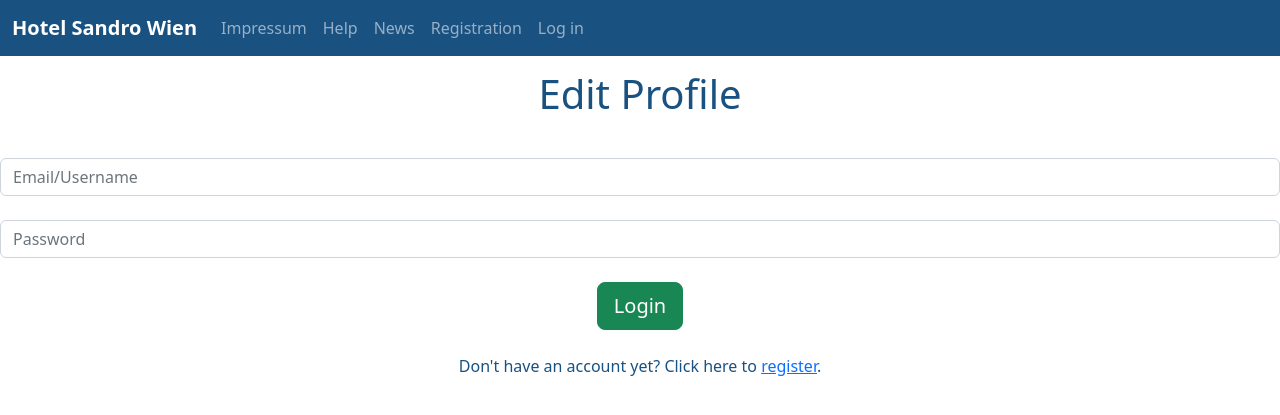
Repository: TIS0N/Hotel_Sandro
Page: http://localhost/inc/editProfile.inc.php
These files come from the project's save history. The page is drawn as it stood at one moment and after the next save; the edit follows.
The browser window is 1280 px wide. The pictures show the whole page.
The page is run by PHP 8.4 with error messages shown; the project is at /var/www/html/.

Above is the page before, as saved 2023-01-15 22:08:02.

After the next save:
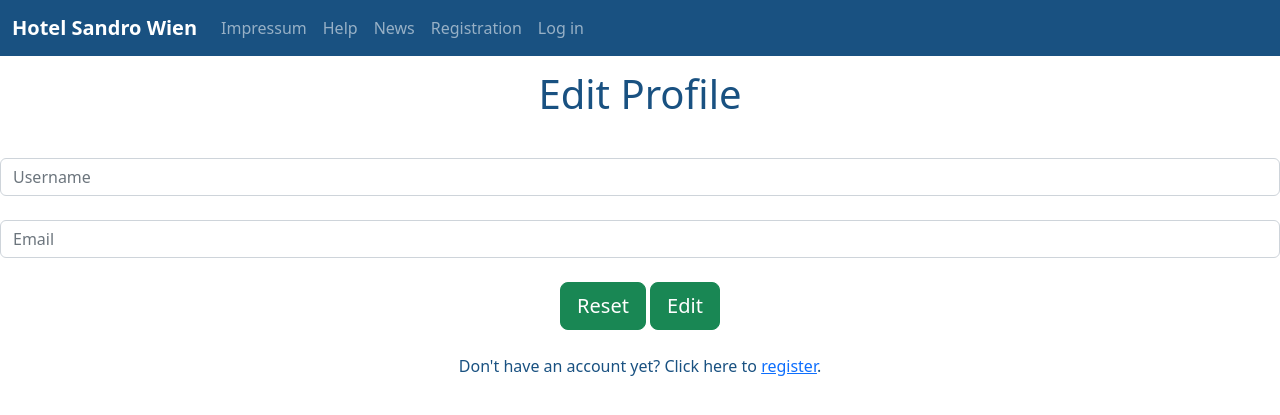
Saved 100 s later.
--- a/inc/editProfile.inc.php
+++ b/inc/editProfile.inc.php
@@ -18,9 +18,10 @@ include "../inc/navigation.php";
         <h1>Edit Profile</h1><br>
         <form role="form" action="../inc/login.inc.php" method="post">
             <h5 class="text-center"></h5>
-            <input type="username" class="form-control" name="usersUid" placeholder="Email/Username"></br>
-            <input type="password" class="form-control" name="pwd" placeholder="Password"><br>
-            <button class="btn btn-lg btn-success btn-block" type="submit" name="submit">Login</button>
+            <input type="username" class="form-control" name="usersUid" placeholder="Username"></br>
+            <input type="email" class="form-control" name="usersEmail" placeholder="Email"></br>
+            <button class="btn btn-lg btn-success btn-block" type="reset" name="reset">Reset</button>
+            <button class="btn btn-lg btn-success btn-block" type="submit" name="edit">Edit</button>
         </form>
 
         <?php
